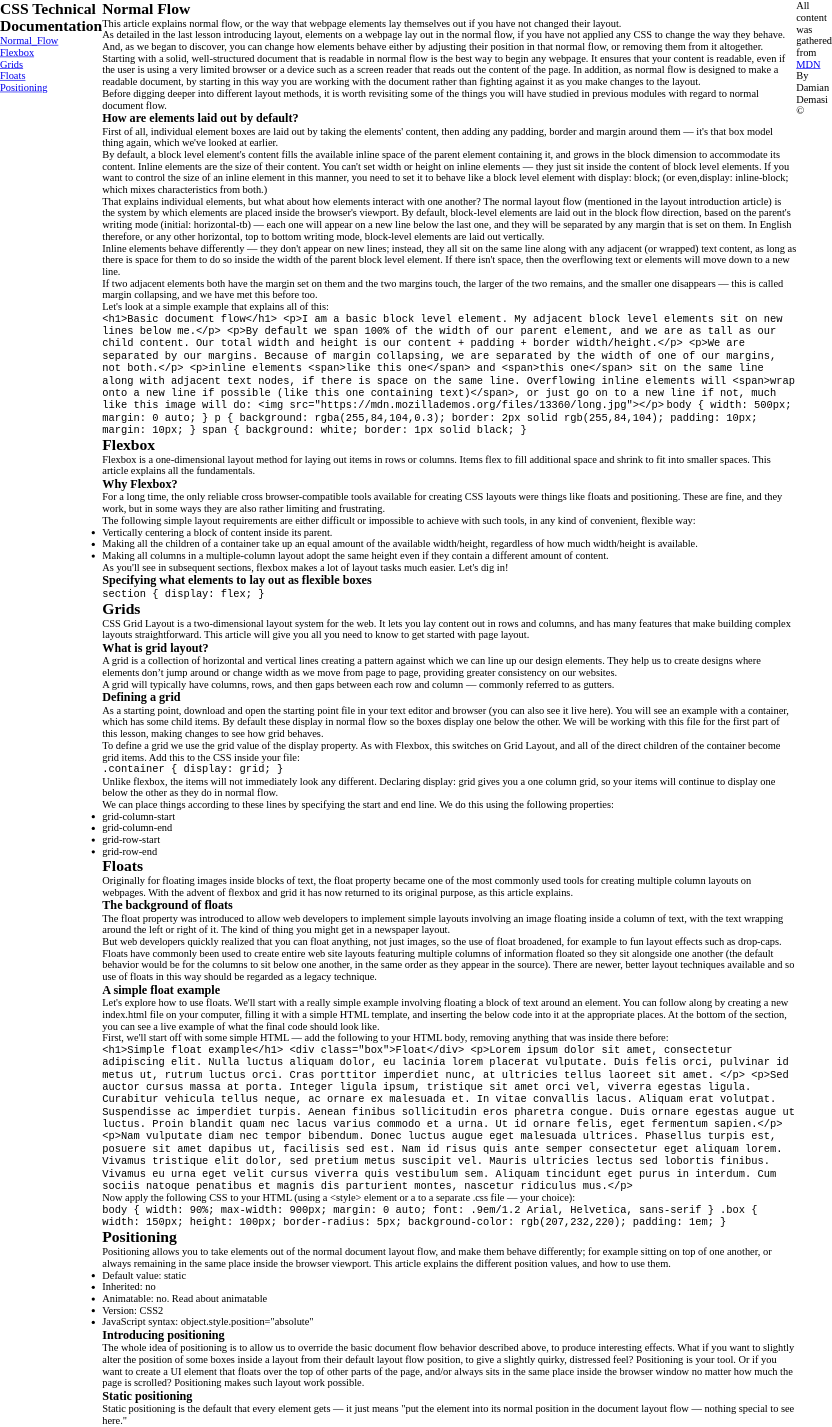
Repository: Colo-Codes/freecodecamp-04-Technical-Documentation-Page
Page: index.html
An editor plug-in stored every save of this project. The page is shown before and after the next save, followed by the edit.
The browser window is 1280 px wide. The pictures show the whole page, at 65% of full size.

Above is the page before, as saved 2021-05-21 11:17:42.

After the next save:
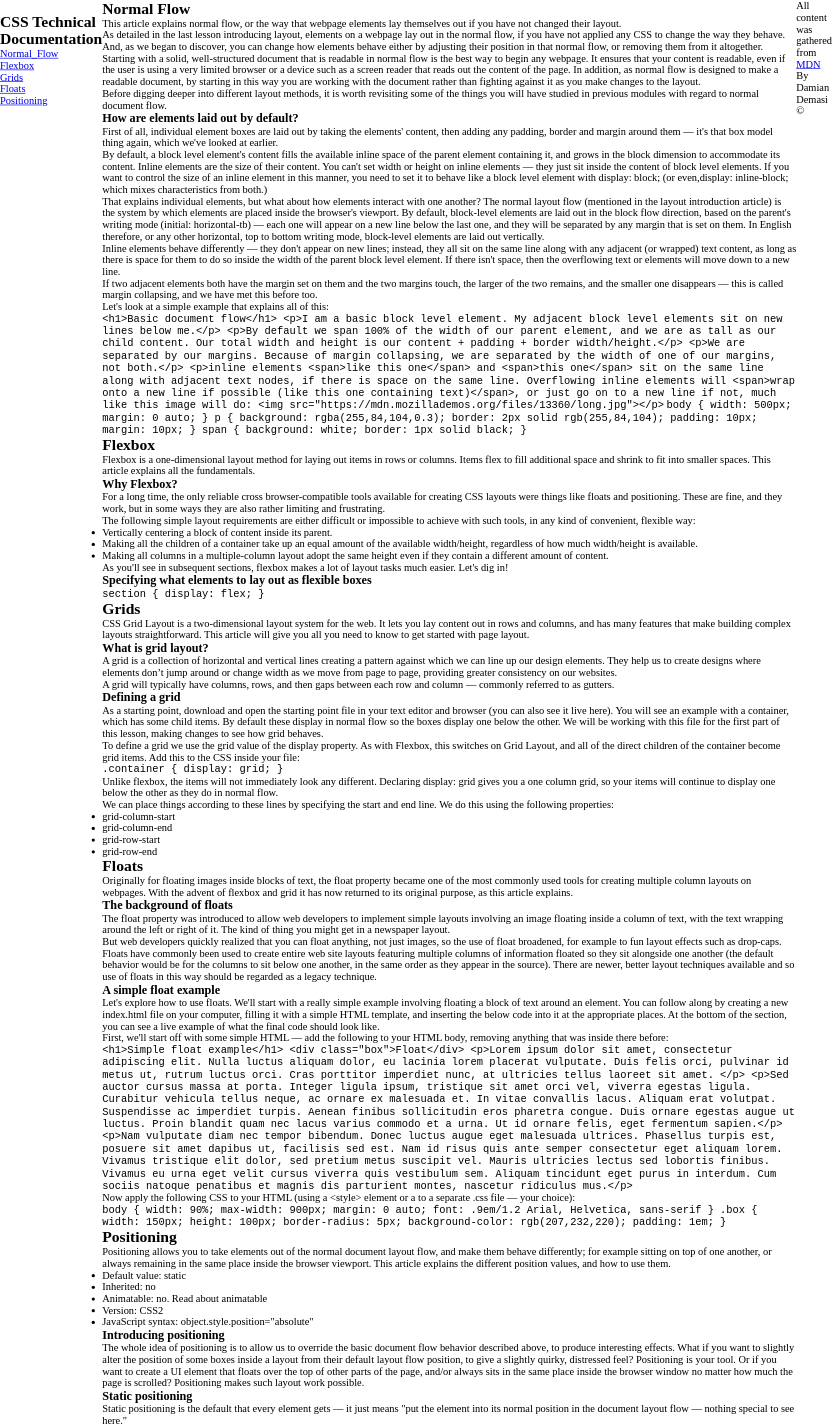
Saved 10 s later.
--- a/resources/css/index.css
+++ b/resources/css/index.css
@@ -19,5 +19,5 @@ body {
 
 #navbar {
     position: sticky;
-    top: 0;
+    top: 20px;
 }
